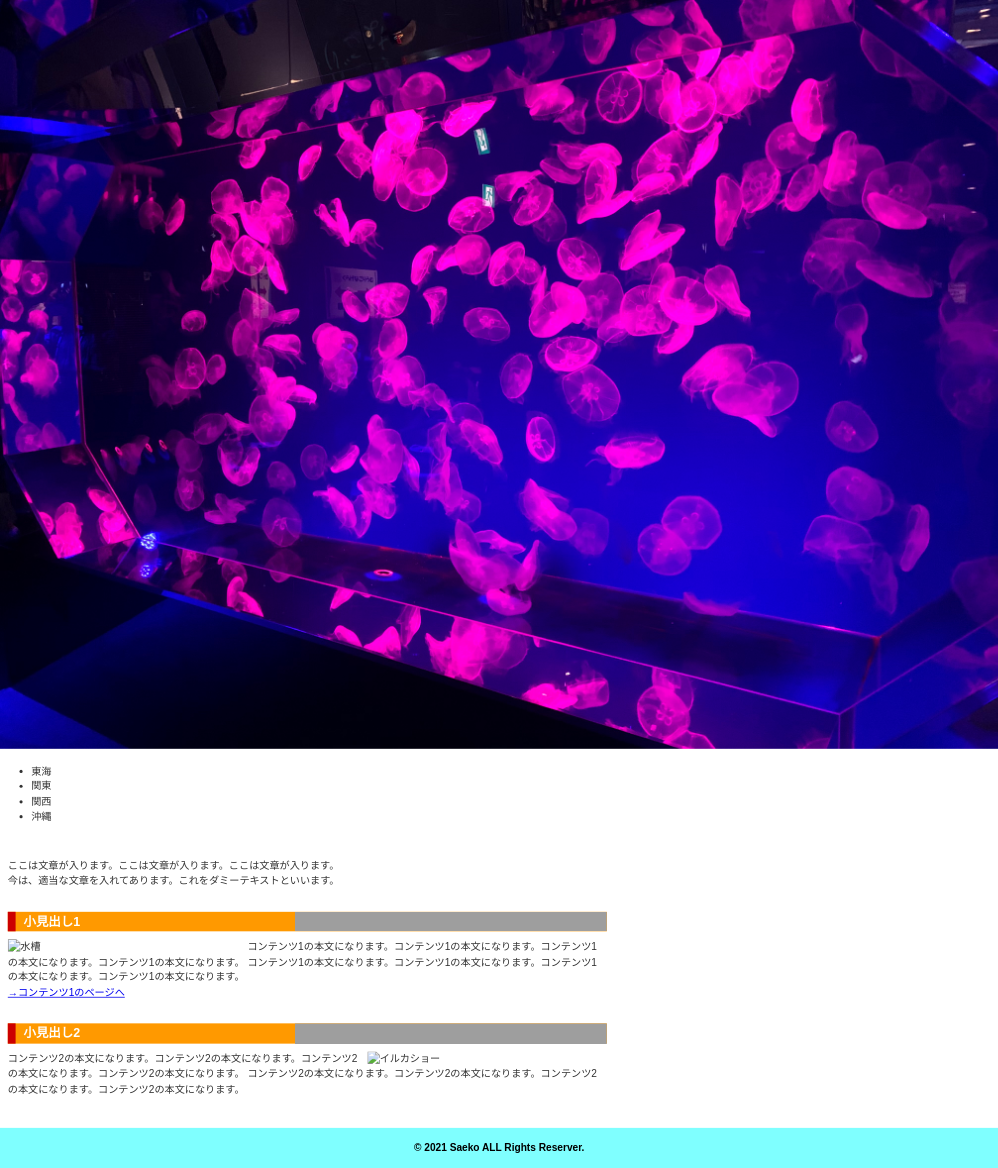
Repository: mizoguhi/mizoguhi
Page: test/saeko.html
The author's editor kept a record of every edit. The page is drawn from the files as they stood at one moment, then again after the next edit.
The browser window is 1280 px wide. The pictures show the whole page, at 78% of full size.
Pictures or frames that could not be fetched are drawn as grey boxes.

Above is the page before.
Not found: test/images/イルカ.jpg
Not found: test/images/ジンベエザメ.jpg

### test/saeko.html
<!DOCTYPE html>
<html lang="ja">

<head>
    <meta charset="UTF-8">
    <title>Japanese Aquarium</title>
    <link rel="stylesheet" href="stylesheet.css">
</head>

<body>
    <div id="header">
         <h1>
             <a href="saeko.html">
             </a>
         </h1>
    </div>
   <div class="exanple">
        <img id="corridor" src="aquarium.jpg" alt="水族館"/>

   </div>
    <div id="wapper">
        <ul class="inline">
	<li>東海</li>
	<li>関東</li>
	<li>関西</li>
	<li>沖縄</li>
</ul>
 <div id="container">
                <div id="main">
                    <div class="post">
                        <p>ここは文章が入ります。ここは文章が入ります。ここは文章が入ります。<br />今は、適当な文章を入れてあります。これをダミーテキストといいます。</p>
                    </div>
                    <div class="post clearfix">
                        <h2>小見出し1</h2>
                        <img class="left" src="images/ジンベエザメ.jpg" alt="水槽" />
                        <p>
                            コンテンツ1の本文になります。コンテンツ1の本文になります。コンテンツ1の本文になります。コンテンツ1の本文になります。
                            コンテンツ1の本文になります。コンテンツ1の本文になります。コンテンツ1の本文になります。コンテンツ1の本文になります。
                        </p>
                        <p><a href="#">→コンテンツ1のページへ</a></p>
                    </div>
                    <div class="post clearfix">
                        <h2>小見出し2</h2>
                        <img class="right" src="images/イルカ.jpg" alt="イルカショー" />
                       <p>
                            コンテンツ2の本文になります。コンテンツ2の本文になります。コンテンツ2の本文になります。コンテンツ2の本文になります。
                            コンテンツ2の本文になります。コンテンツ2の本文になります。コンテンツ2の本文になります。コンテンツ2の本文になります。
                        </p>
                    </div>
                </div>
            </div>
    <div id="footer">
         <p>&copy; 2021 Saeko ALL Rights Reserver.</p>
    </div>
    </body>
<html>

### test/stylesheet.css
@charset "utf-8";

body {
	margin: 0;
	padding: 0;
	font-family: "ヒラギノ角ゴ Pro W3", "Hiragino Kaku Gothic Pro", "メイリオ", Meiryo, Osaka, "ＭＳ Ｐゴシック", "MS PGothic", sans-serif;
	color: #333;
	font-size: 13px;
	line-height: 150%;
}

#wrapper {
	width: 100%;
	margin: auto;
	padding: 0px;
	border: 0px;
	background-color: #FFF;
	 top: 10px;
position: relative;
}

 #header {
 	width: 100%;
 }
 #header h1 {
 	 margin: 0;
	 padding: 0;
}

 #corridor {
	 width: 100%;
	 height: auto;
 }

 #footer {
 	 clear: both;
 	 width: 100%;
 	 padding: 3px 0 3px 0;
 	 background: #7fffff;
 	 color: #000;
 	 font-weight: bold;
 	 text-align: center;
 }
nav{
text-align: center;
}
nav ul{
margin: 0 ;
padding: 0 ;
}
nav ul li{
list-style: none;
display: inline-block;
width: 18%;
min-width: 90px;
}
nav ul li a{
text-decoration: none;
color: #333;
}
nav ul li.current a{
color: #F33135;
}
nav ul li a:hover{
color: #0000cd;
}
#container {
	 width: 100%;
	 margin: auto ;
	 padding-top: 20px;
	 clear: both;
 }

 #main {
	 float: left;
	 width: 60%;
	 padding: 10px 10px 10px 10px;
 }
 #main h2 {
	 margin: 0 0 10px 0;
	 padding: 3px 10px 3px 10px;
	 color: #FFF;
	 font-size: 16px;
	 border-left: solid 10px #C00;
	 background: #F90 url(../images/main_h2.jpg) right top repeat-y;
 }
 #main p {
	 margin: 0;
	 padding: 0;
 }
 #main .post {
	 margin: 0 0 30px 0;
 }

 #main .post img.right {
	 margin: 0 0 0 8px;
 }
 #main .post img.left {
	 margin: 0 0 0 0;
 }

 .right {
	 float: right;
	 width: 40%;
	 height: auto;
 }
 .left {
	 float: left;
	 width: 40%;
	 height: auto;
 }
 .clearfix {
	 zoom: 1;
 }
 .clearfix:after{
	 content: "";
	 display: block;
	 clear: both;
 }

After the next edit:
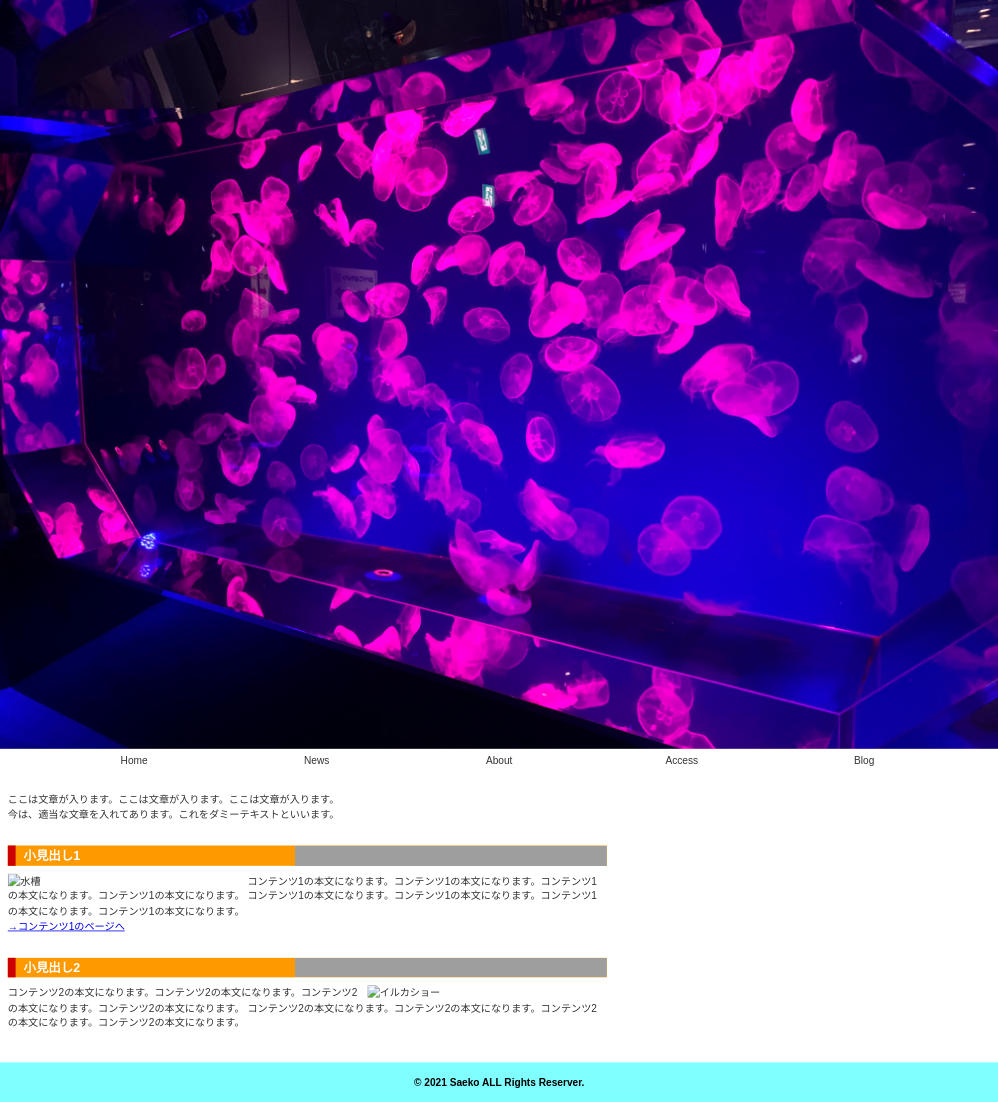
The edit:
--- a/test/saeko.html
+++ b/test/saeko.html
@@ -19,12 +19,16 @@
 
    </div>
     <div id="wapper">
-        <ul class="inline">
-	<li>東海</li>
-	<li>関東</li>
-	<li>関西</li>
-	<li>沖縄</li>
+        <nav>
+<ul>
+<li class=”current”><a href=”#”>Home</a></li>
+<li><a href=”#”>News</a></li>
+<li><a href=”#”>About</a></li>
+<li><a href=”#”>Access</a></li>
+<li><a href=”#”>Blog</a></li>
 </ul>
+</nav>
+
  <div id="container">
                 <div id="main">
                     <div class="post">
